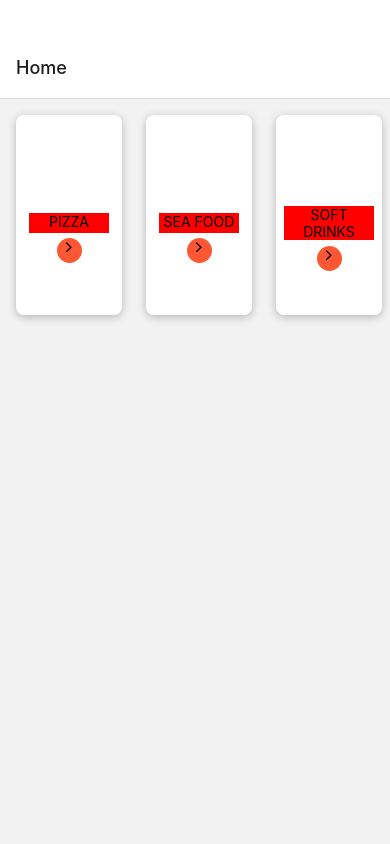
Repository: Esraa22M/ReactNative
Screen: /
The author's editor kept a copy of each file at every save. The screen is drawn from the files as they stood at one save, then again after the next save.
Pictures or frames that could not be fetched are drawn as grey boxes. The app was drawn by React Native's web renderer in a window 390 px wide. The project was rebuilt for these pictures with package versions that can differ from the ones it lists, and the page was loaded fresh each time. Also part of the build but not shown: src/components/header/header.component.js, src/colors/front-screen-colors/user-auth-colors.js, src/components/header/header.styles.js, src/components/textInput/textInput.styles.js, src/components/textInput/textInput.components.jsx, src/components/singup-form-body/singup-form-body.components.js, src/screens/front-screen/Singup/singup-screen.screens.jsx, src/authentication/api/login-info.js and 2 more.

Above is the screen before, as saved 2023-09-21 02:35:24.

### App.js
import { SafeAreaView } from "react-native";
import { singupStyles } from "./src/screens/front-screen/Singup/singup-screen.styles";
import { Singup } from "./src/screens/front-screen/Singup/singup-screen.screens";
import UserCard from "./src/screens/front-screen/user-card/user-card.screens";
import { NavigationContainer } from "@react-navigation/native";
import { createStackNavigator } from "@react-navigation/stack";
import { Home } from "./src/screens/front-screen/home/home.screens";
const Stack = createStackNavigator();
export default function App() {
  return (
    <SafeAreaView style={singupStyles.container}>
      {/* <UserCard /> */}
      <NavigationContainer>
        <Stack.Navigator>
          <Stack.Screen name="Home" component={Home} />
        </Stack.Navigator>
      </NavigationContainer>
    </SafeAreaView>
  );
}

### src/screens/front-screen/Singup/singup-screen.styles.jsx
import { StyleSheet } from "react-native";
export const singupStyles = StyleSheet.create({
  container: { flex: 1, marginTop: 35 },
});

### src/screens/front-screen/home/home.screens.js
import { View, Text } from "react-native";
import { Categories } from "../../../components/categories/categories.components";
export const Home = () => {
  return (
    <>
      <Categories />
    </>
  );
};

### src/components/categories/categories.components.js
import { categories } from "../../data/dummay__data";
import { FlatList } from "react-native";
import { CategoryItem } from "./category-item.components";
export const Categories = () => {
  function renderCategoryItem(itemData) {
    return <CategoryItem item={itemData.item} />;
  }
  return (
    <FlatList
      numColumns={3}
      data={categories}
      renderItem={renderCategoryItem}
      keyExtractor={(item) => item.id}
    />
  );
};

### src/data/dummay__data.js
import { Category } from "../modal/category.modals";
export const categories = [
  new Category(
    "1pizza",
    "Pizza",
    "https://img.freepik.com/free-vector/flying-slice-pizza-cartoon-vector-illustration-fast-food-concept-isolated-vector-flat-cartoon-style_138676-1934.jpg?w=740&t=st=1695067102~exp=1695067702~hmac=7d47136b0dff2be87480dc1a22a28658daa67f706d90b59d117303a312dc6c16"
  ),
  new Category(
    "sea_food2",
    "sea food",
    "https://img.freepik.com/free-vector/seafood-products-set_98292-1624.jpg?w=740&t=st=1695067277~exp=1695067877~hmac=62082bdd900b5c830349f2bb8f3cd3466fcfb5395c4f24459194aeaeb256cb2c"
  ),
  new Category(
    "3softDrinks",
    "soft drinks",
    "https://img.freepik.com/free-vector/soda-cups-drink_24877-57922.jpg?w=740&t=st=1695067422~exp=1695068022~hmac=60b80d144880f8a8413a85c867ecfc35a38170c71354acfc84aa5b82ae30d594"
  ),
];

### src/components/categories/category-item.components.js
import { View, Text, Image, StyleSheet, Pressable } from "react-native";
import { HomeColors } from "../../colors/front-screen-colors/home-colors";
import { IconButton } from "../icon-button/icon-button.components";
export const CategoryItem = ({ item }) => {
  const { name, image } = item;
  console.log(item);
  return (
    <View style={styles.container}>
      <Pressable>
        <View style={styles.imageContainer}>
          <Image source={{ uri: image }} style={styles.image} />
        </View>
        <Text style={styles.categoryName}>{name}</Text>
        <View style={styles.iconContainer}>
          <IconButton name="angle-right" size={18} style={styles.angleRight} />
        </View>
      </Pressable>
    </View>
  );
};
const styles = StyleSheet.create({
  container: {
    flex: 1,
    height: 200,
    justifyContent: "space-around",
    flexDirection: "column",
    backgroundColor: HomeColors.LIGHT_COLOR,
    alignItems: "center",
    shadowColor: "black",
    shadowOpacity: 0.25,
    shadowOffset: { width: 0, height: 2 },
    shadowRadius: 8,
    marginVertical: 16,
    marginLeft: 16,
    marginRight: 8,
    elevation: 4,
    alignItems: "center",
    borderRadius: 8,
  },
  imageContainer: {
    width: 80,
    height: 80,
    flex: 1,
    borderRadius: 80 / 2,
    margin: 8,
    justifyContent: "center",
    alignItems: "center",
  },
  image: {},
  categoryName: {
    textTransform: "uppercase",
    justifyContent: "center",
    textAlign: "center",
    backgroundColor: "red",
    alignItems: "center",
    flexDirection: "column",
    margin: 8,
    flex: 1,
  },
  angleRight: {
    backgroundColor: HomeColors.DARK_COLOR,
    alignItems: "center",
    width: 25,
    height: 25,
    borderRadius: 25 / 2,
    margin: 8,
  },
  iconContainer: {
    justifyContent: "center",
    alignItems: "center",
    textAlign: "center",
    flex: 1,
  },
});

### src/modal/category.modals.js
export class Category {
  constructor(id, name, image) {
    this.id = id;
    this.name = name;
    this.image = image;
  }
}

### src/colors/front-screen-colors/home-colors.js
export const HomeColors = {
  LIGHT_COLOR: "white",
  ACTIVE_COLOR: "#FFBF00",
  DARK_COLOR: "#FF5733",
};

### src/components/icon-button/icon-button.components.js
import { Pressable, StyleSheet } from "react-native";
import { FontAwesome } from "@expo/vector-icons";
export const IconButton = ({ name, color, size, ...props }) => {
  return (
    <Pressable {...props}>
      <FontAwesome name={name} size={size} color={color}></FontAwesome>
    </Pressable>
  );
};

After the next save:
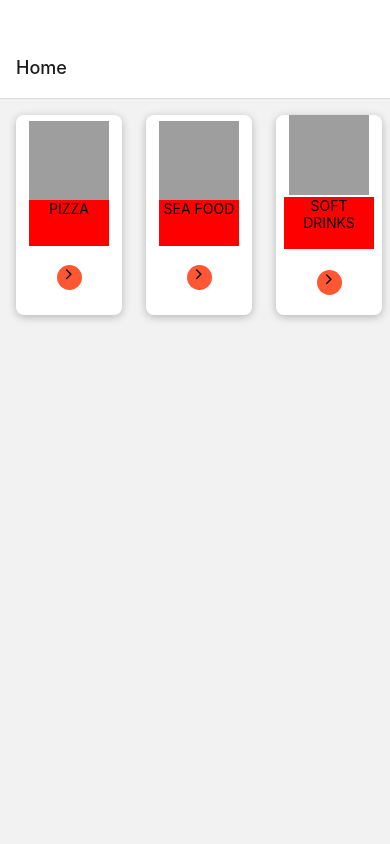
Saved 31 s later.
--- a/src/components/categories/category-item.components.js
+++ b/src/components/categories/category-item.components.js
@@ -38,15 +38,13 @@ const styles = StyleSheet.create({
     borderRadius: 8,
   },
   imageContainer: {
-    width: 80,
-    height: 80,
     flex: 1,
     borderRadius: 80 / 2,
     margin: 8,
     justifyContent: "center",
     alignItems: "center",
   },
-  image: {},
+  image: { width: 80, height: 80 },
   categoryName: {
     textTransform: "uppercase",
     justifyContent: "center",
